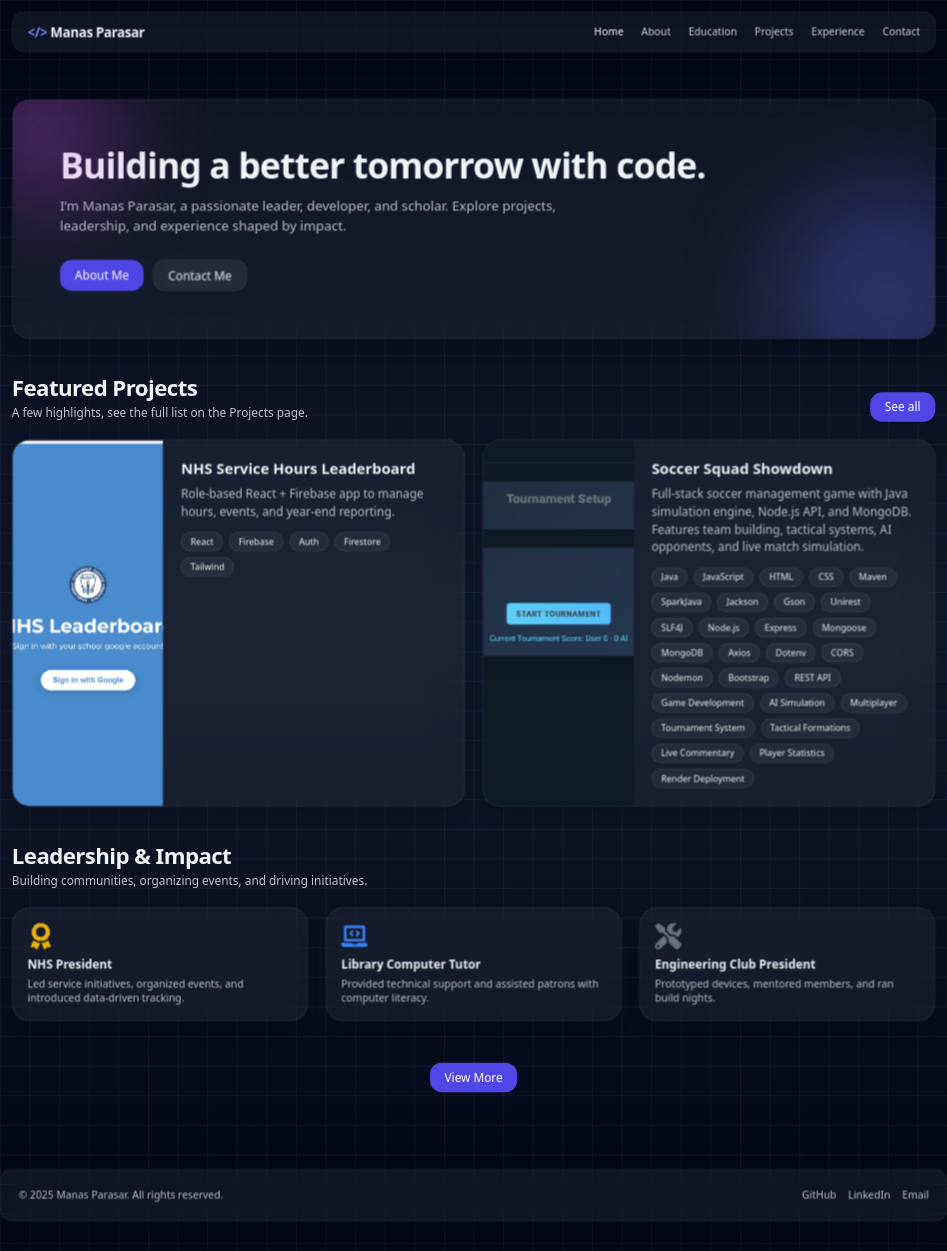
Repository: Manas-Parasar/portfolio-manas-parasar
Page: /
An editor plug-in stored every save of this project. The page is shown before and after the next save, followed by the edit.
The browser window is 1280 px wide. The pictures show the whole page, at 74% of full size.
The project was rebuilt for these pictures with package versions that can differ from the ones it lists, and the page was loaded fresh each time. Also part of the build but not shown: vite.config.js, src/pages/About.jsx, src/pages/Projects.jsx, src/components/TimelineItem.jsx, src/pages/Experience.jsx, src/pages/Contact.jsx. Imported but missing from the stored project, and not drawn on this page: src/assets/Manas Parasar Resume.pdf.

Above is the page before, as saved 2025-10-12 23:04:08.

After the next save:
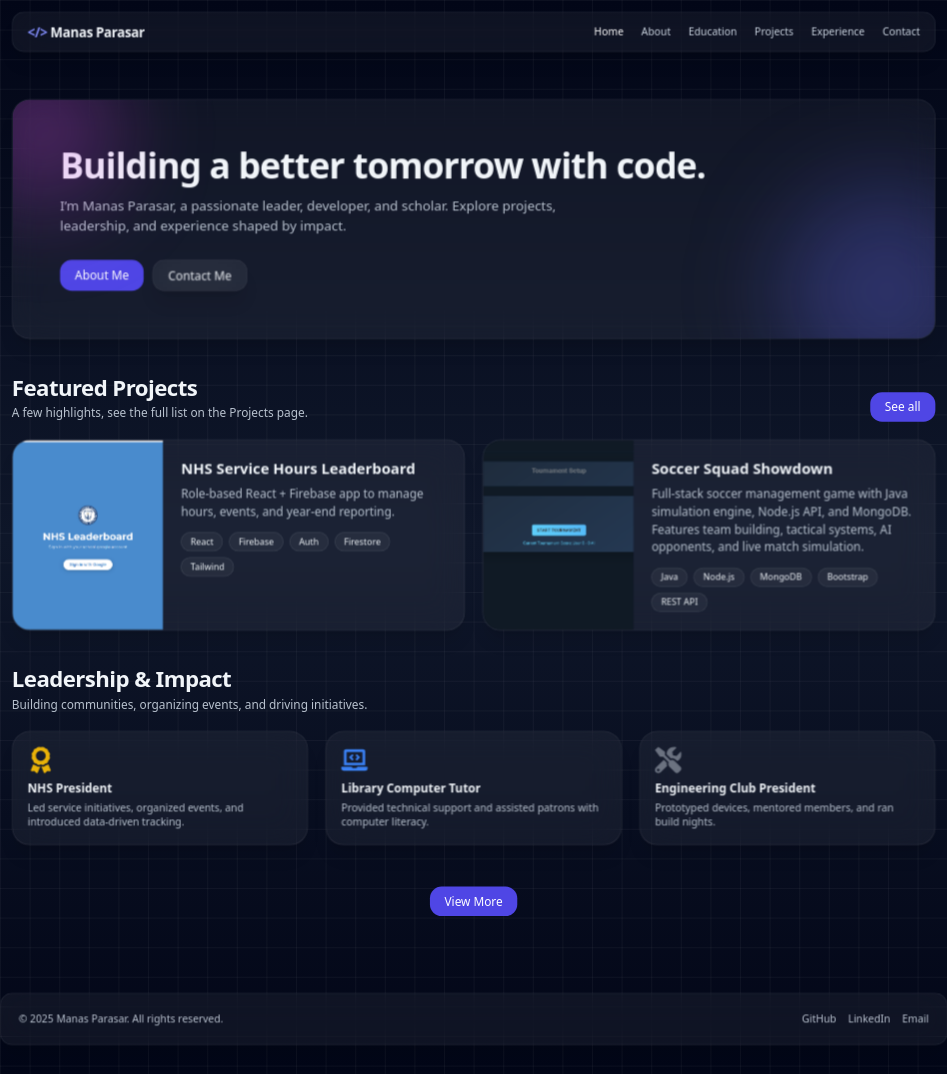
Saved 10 s later.
--- a/src/pages/Home.jsx
+++ b/src/pages/Home.jsx
@@ -30,36 +30,7 @@ export default function Home() {
           <ProjectCard
             title="Soccer Squad Showdown"
             desc="Full-stack soccer management game with Java simulation engine, Node.js API, and MongoDB. Features team building, tactical systems, AI opponents, and live match simulation."
-            tags={[
-              "Java",
-              "JavaScript",
-              "HTML",
-              "CSS",
-              "Maven",
-              "SparkJava",
-              "Jackson",
-              "Gson",
-              "Unirest",
-              "SLF4J",
-              "Node.js",
-              "Express",
-              "Mongoose",
-              "MongoDB",
-              "Axios",
-              "Dotenv",
-              "CORS",
-              "Nodemon",
-              "Bootstrap",
-              "REST API",
-              "Game Development",
-              "AI Simulation",
-              "Multiplayer",
-              "Tournament System",
-              "Tactical Formations",
-              "Live Commentary",
-              "Player Statistics",
-              "Render Deployment",
-            ]}
+            tags={["Java", "Node.js", "MongoDB", "Bootstrap", "REST API"]}
             link="https://github.com/Manas-Parasar/Soccer-Squad-Showdown"
             img={soccerSquadShowdownScreenshot}
           />
